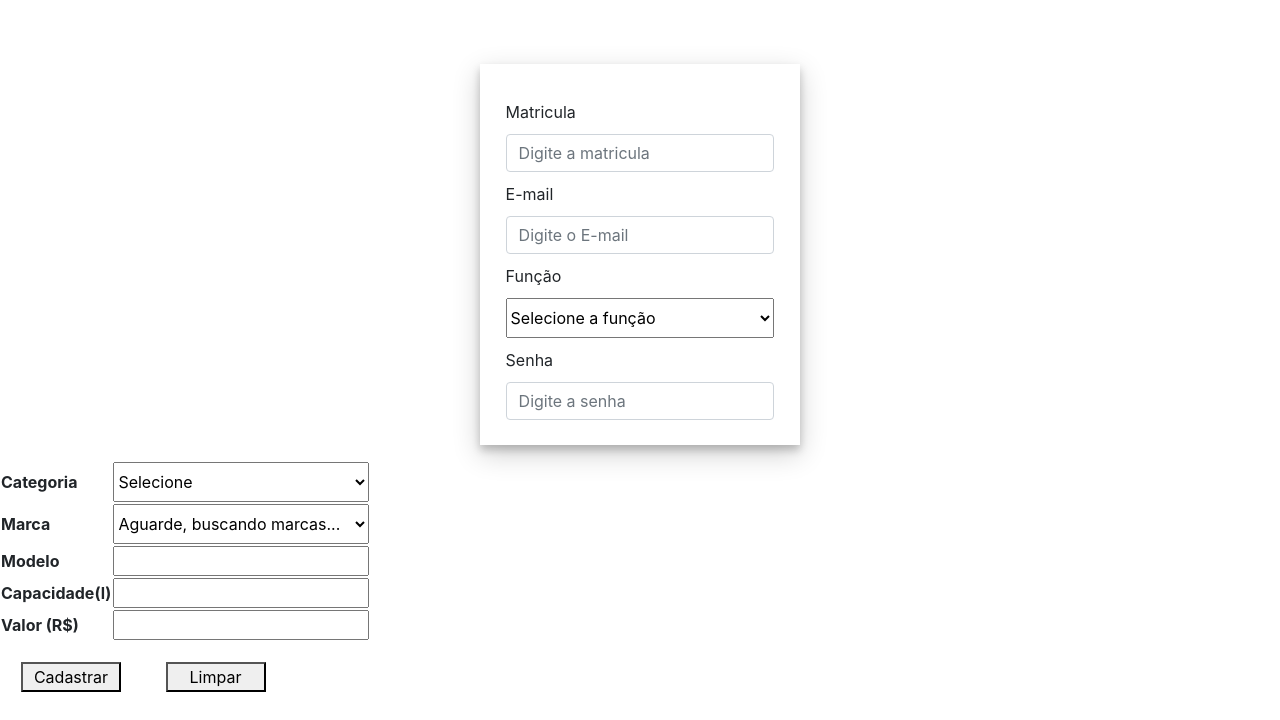
Repository: gabrielfeliphe/AssistenciaTecnica
Page: PI-AssistenciaTecnica/WebContent/pages/adm/cadastro_funcionario.html
The author's editor kept a copy of each file at every save. The page is drawn from the files as they stood at one save, then again after the next save.
The browser window is 1280 px wide. The pictures show the whole page.

Above is the page before, as saved 2021-10-12 06:38:03.
Console error: TypeError: Cannot read properties of undefined (reading 'fn')

After the next save:
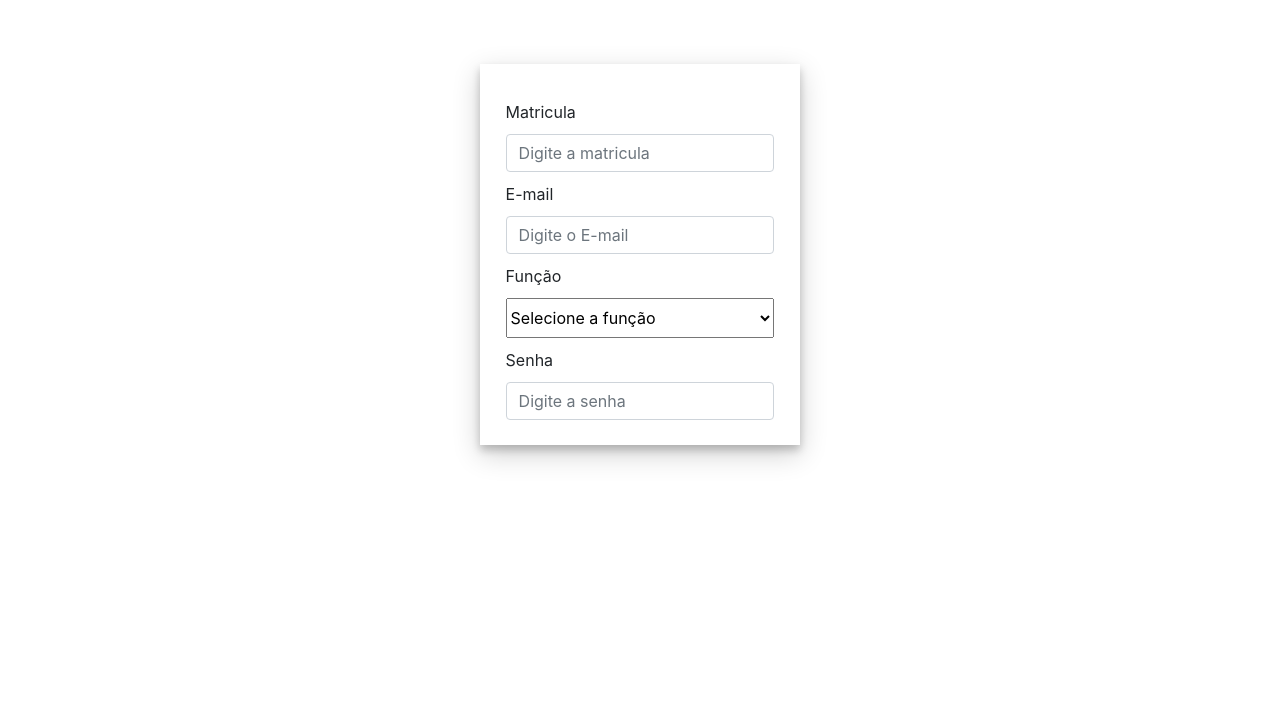
Saved 29 s later.
--- a/PI-AssistenciaTecnica/WebContent/pages/adm/cadastro_funcionario.html
+++ b/PI-AssistenciaTecnica/WebContent/pages/adm/cadastro_funcionario.html
@@ -37,52 +37,7 @@
 	</div>
 </fieldset>
 
-<table>
-		<tr>
-			<th>Categoria</th>
-			<td>
-			<select name="categoria">
-				<option value="">Selecione</option>
-				<option value="1">Geladeira</option>
-				<option value="2">Freezer</option>
-			</select>
-			</td>
-		</tr>
-		<tr>
-			<th>Marca</th>
-			<td>
-				<select name="marcaId" id="selMarca">
-					<option value="" class="buscando">Aguarde, buscando marcas...</option>
-				</select>
-			</td>
-		</tr>
-		<tr>
-			<th>Modelo</th>
-			<td>
-				<input type="text" name="modelo">
-			</td>
-		</tr>
-		<tr>
-			<th>Capacidade(l)</th>
-			<td>
-				<input type="text" name="capacidade">
-			</td>
-		</tr>
-		<tr>
-			<th>Valor (R$)</th>
-			<td>
-				<input type="text" name="valor">
-			</td>
-		</tr>
-		<tr>
-			<td colspan="2">
-				<button type="button" onclick="COLDIGO.produto.cadastrar()">Cadastrar</button>
-				<button type="reset">Limpar</button>
-			</td>
-		</tr>
 
-		</table>
-	</fieldset>
 
 </body>
 </html>
